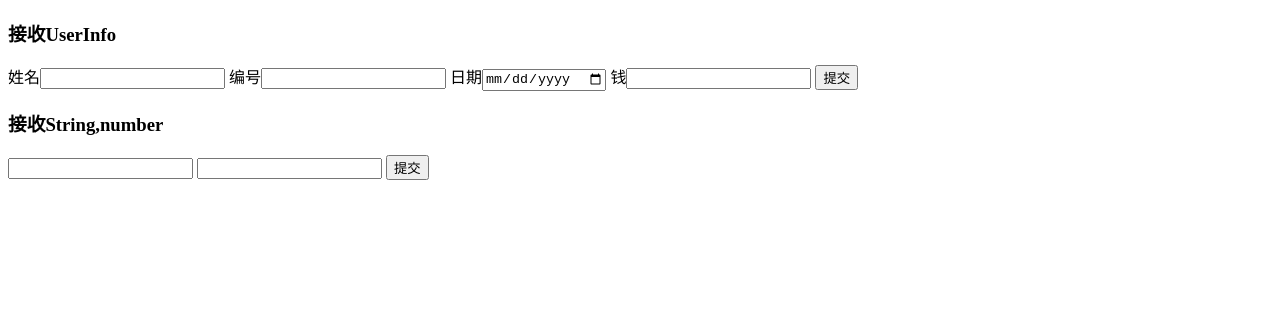
Repository: HelloChuang/HelloChuang-EclipseWorkSpace
Page: http://localhost/SpringMVC_Test/
An editor plug-in stored every save of this project. The page is shown before and after the next save, followed by the edit.
The browser window is 1280 px wide. The pictures show the whole page.
The page is served by Tomcat 9. Other server files are loaded and not shown.

Above is the page before, as saved 2018-11-02 14:57:31.

### EclipseWorkSpace/SpringMVC_Test/src/main/webapp/index.jsp
<%@ page language="java" contentType="text/html; charset=UTF-8"
    pageEncoding="UTF-8"%>
<!DOCTYPE html>
<html>
<head>
<meta http-equiv="Content-Type" content="text/html; charset=UTF-8">
<title>测试</title>
</head>
<body>
	<div>
		<h3>接收UserInfo</h3>
		<form action="method2" method="post">
			姓名<input type="text" name="uname"/>
			编号<input type="number" name="uid"/>
			日期<input type="date" name="udate"/>
			钱<input type="number" name="umoney"/>
			<button type="submit">提交</button>
		</form>
	</div>
	<div>
		<h3>接收String,number</h3>
		<form action="method1" method="post">
			<input type="text" name="uname"/>
			<input type="number" name="uid"/>

			<button type="submit">提交</button>
		</form>
	</div>
</body>
</html>

After the next save:
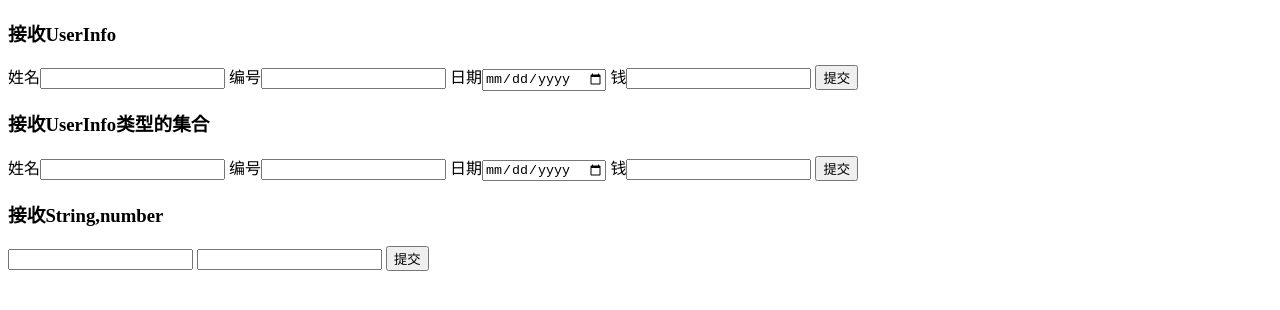
Saved 3 min 45 s later.
--- a/EclipseWorkSpace/SpringMVC_Test/src/main/webapp/index.jsp
+++ b/EclipseWorkSpace/SpringMVC_Test/src/main/webapp/index.jsp
@@ -18,6 +18,16 @@
 		</form>
 	</div>
 	<div>
+		<h3>接收UserInfo类型的集合</h3>
+		<form action="method2" method="post">
+			姓名<input type="text" name="uname"/>
+			编号<input type="number" name="uid"/>
+			日期<input type="date" name="udate"/>
+			钱<input type="number" name="umoney"/>
+			<button type="submit">提交</button>
+		</form>
+	</div>
+	<div>
 		<h3>接收String,number</h3>
 		<form action="method1" method="post">
 			<input type="text" name="uname"/>
@@ -26,5 +36,6 @@
 			<button type="submit">提交</button>
 		</form>
 	</div>
+
 </body>
 </html>
